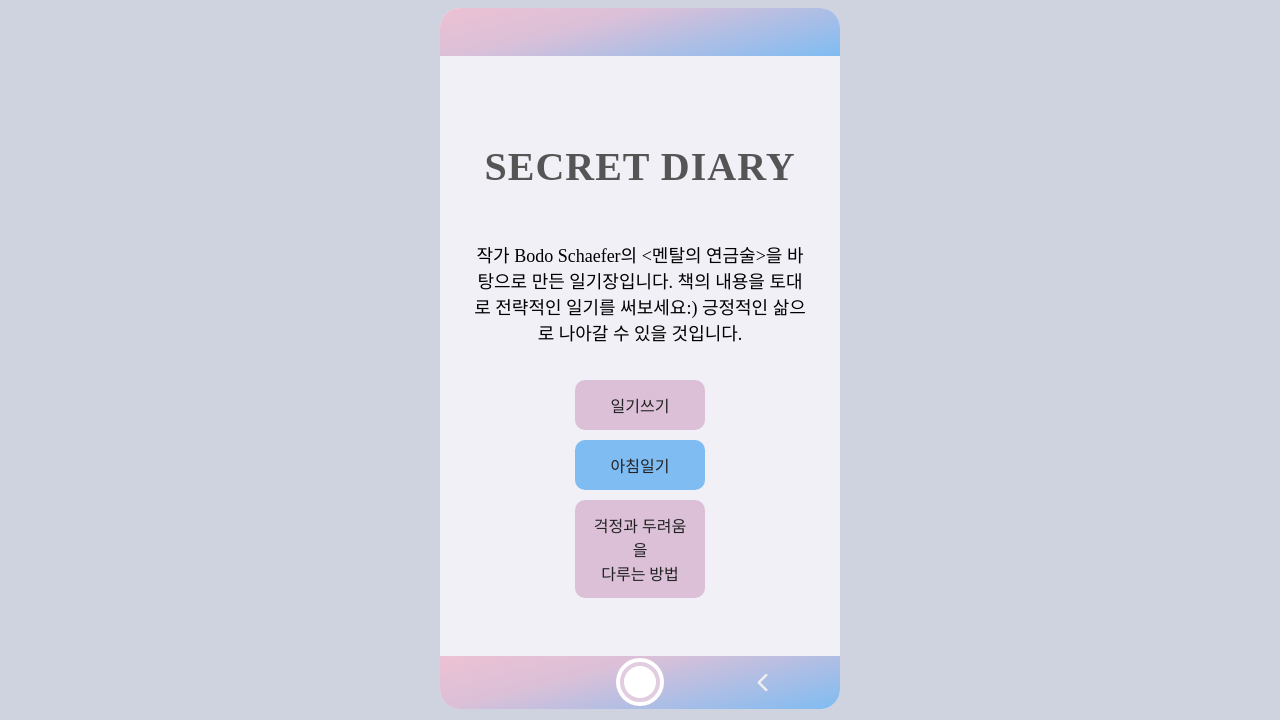
Repository: jinhee196/diary
Page: index.html
An editor plug-in stored every save of this project. The page is shown before and after the next save, followed by the edit.
The browser window is 1280 px wide. The pictures show the whole page.
After loading, the first visible `button.note2` was clicked once.
Some web fonts or font styles are not loaded; a fallback is used. Some web libraries are served in a nearby version.

Above is the page before, as saved 2021-06-05 15:46:22.
Console error: ReferenceError: target is not defined

### index.html
<!DOCTYPE html>
<html lang="ko">
<head>
    <meta charset="UTF-8">
    <meta http-equiv="X-UA-Compatible" content="IE=edge">
    <meta name="viewport" content="width=device-width, initial-scale=1.0">
    <title>secret Note</title>
    <script src="https://kit.fontawesome.com/ef20572bd9.js" crossorigin="anonymous"></script>
    <link rel="stylesheet" href="style.css">
    <link rel="preconnect" href="https://fonts.gstatic.com">
<link href="https://fonts.googleapis.com/css2?family=Hi+Melody&family=Nanum+Brush+Script&display=swap" rel="stylesheet">
    <script src="js/main.js" defer></script>
    <script src="js/data.js"></script>
</head>
<body>
  <div class="container">
      <header class="header"></header>

      <section id="main">
        <h1 class="main__title">SECRET DIARY</h1>
        <p class="main__desc">작가 Bodo Schaefer의 &#60;멘탈의 연금술&#62;을 바탕으로 만든 일기장입니다.
                              책의 내용을 토대로 전략적인 일기를 써보세요:) 긍정적인 삶으로 나아갈 수 있을 것입니다. </p>
        <button class="note1">일기쓰기</button>
        <button class="note2">아침일기</button>
        <button class="note3">걱정과 두려움을 <br>다루는 방법</button>
      </section>

      <section id="daily">
        <div class="daily__weather"></div>
        <div class="daily__emotion"></div>
        <div class="daily__Note">
          <button class="daily__submit">완료</button>
          <input class="daily__title" placeholder="제목을 입력하세요"></input>
          <textarea class="daily__text"></textarea>

        </div>
      </section>

      <section id="morning">
        <p class="desc">아침일기는 '오늘 무엇을 할 것인가?'를 정리하는 데 탁월한 효과를 줍니다. 질문에 가볍게 답해가다 보면,
          질문의 답처럼 생각하고 실행할 수 있는 컨디션이 만들어질 것입니다.  </p>
        <ul class="items">
          <li class="item">test</li>
          <li class="item-sub">subtest</li>
        </ul>
        <div class="message">
        <input type="text" class="footer__input" />
        <button class="footer__submit">보내기</button>
        </div>
    </section>

    <section id="list">
      <p class="desc">두려움과 걱정의 목록들을 리스트로 만들고 지속적으로 업데이트하세요.
        구체적으로 작성해 두려움을 잘게 쪼개다보면 엄습하는 두려움을 무력화시킬 수 있을 것입니다. </p>
      <ul class="items">
        <!-- <li class="item">test</li>
        <li class="item-sub">subtest</li> -->
      </ul>
      <div class="message">
      <input type="text" class="footer__input" />
      <button class="footer__submit">보내기</button>
      </div>
  </section>

    <footer class="footer">
      <button class="footer__button">
        <div class="circle"></div>
       </button>
       <i class="fas fa-chevron-left"></i>
     </footer>
  </div>
</body>
</html>

### style.css
* {
  box-sizing: border-box;
  font-family: "Hi Melody", cursive;
}
ul {
  padding: 0;
}

button {
  outline: none;
  background: transparent;
  border: none;
  cursor: pointer;
}
body {
  background-color: #ced3df;
  text-align: center;
}

section {
  height: 600px;
}
.container {
  width: 400px;
  margin: auto;
  background-color: #f1f0f7;
  border-radius: 20px;
}

.header {
  height: 48px;
  padding: 8px;
  font-size: 24px;
  background: rgba(237, 193, 211);

  background: linear-gradient(
    166deg,
    rgba(237, 193, 211, 1) 0%,
    rgba(219, 192, 216, 1) 35%,
    rgba(127, 188, 242, 1) 100%
  );

  border-radius: 20px 20px 0 0;
  color: #fff;
}

#main {
  display: flex; /*flex*/
  flex-direction: column;
  justify-content: center;
  align-items: center;
  overflow: hidden;
}
.main__title {
  font-family: "Nanum Brush Script", cursive;
  letter-spacing: 1px;
  font-size: 40px;
  color: #555;
}
.main__desc {
  padding: 0 30px;
  font-size: 18px;
  margin-bottom: 30px;
}
#main button {
  width: 130px;
  padding: 13px 15px;
  margin: 5px 0;
  border-radius: 10px;
  color: #222;
  font-size: 16px;
  transition: transform 300ms;
}
#main button:hover {
  transform: scale(1.1);
}
.note1 {
  background-color: rgba(219, 192, 216, 1);
}
.note2 {
  background-color: rgba(127, 188, 242, 1);
}
.note3 {
  background-color: rgba(219, 192, 216, 1);
}

#daily {
  display: none;
}
.daily__weather {
  display: none;
}
.daily__emotion {
  display: none;
  position: relative;
}
.daily__Note {
  display: none;
  width: 100%;
  height: 100%;
}
.daily__title {
  width: 100%;
  height: 10%;
  outline: none;
  padding: 20px;
  font-size: 22px;
  border: none;
  border-bottom: 1px solid #ddd;
}
.daily__text {
  width: 100%;
  height: 85%;
  line-height: 1.6;
  padding: 20px;
  outline: none;
  border: none;
  resize: none;
  font-size: 18px;
}
.daily__submit {
  height: 5%;
  font-size: 16px;
  color: #555;
  float: right;
  margin-right: 10px;
}
.daily__submit:hover {
  color: rgb(255, 110, 238);
}
#morning {
  display: none;
  overflow: hidden;
}
#list {
  display: none;
  overflow: hidden;
}
.desc {
  width: 370px;
  height: 60px;
  font-size: 12px;
  text-align: left;
  padding: 8px 30px;
  margin: 15px auto 0;
  background-color: #fff;
  border-radius: 5px;
  line-height: 1.4;
}
.items {
  height: 495px;
  overflow-y: auto;
  margin: 0;
  font-size: 20px;
}

.item {
  padding: 8px 15px;
  margin: 10px;
  border-radius: 15px;
  background: rgba(237, 193, 211);
  display: inline-block;
  float: left;
  clear: both;
}
.item-sub {
  padding: 8px 15px;
  margin: 10px;
  border-radius: 15px;
  background: rgba(127, 188, 242, 1);
  display: inline-block;
  float: right;
  clear: both;
}

.footer {
  background: rgba(237, 193, 211);

  background: linear-gradient(
    166deg,
    rgba(237, 193, 211, 1) 0%,
    rgba(219, 192, 216, 1) 35%,
    rgba(127, 188, 242, 1) 100%
  );
  border-radius: 0 0 20px 20px;
  position: relative;
}
.message {
  width: 100%;
}
.footer__input {
  width: 88%;
  height: 32px;
  border: none;
  outline: none;
  font-size: 20px;
  font-weight: 400;
  padding: 0 16px;
  float: left;
  border-top: 1px solid rgba(237, 193, 211);
}

.footer__submit {
  width: 12%;
  height: 32px;
  float: right;
  background-color: rgba(237, 193, 211);
  font-size: 11px;
  padding: 0;
}
.footer__button {
  width: 48px;
  height: 48px;
  background-color: #fff;
  border-radius: 50%;
  transition: transform 300ms ease-in;
  margin-top: 2px;
}
.circle {
  width: 40px;
  height: 40px;
  border: 4px solid rgba(219, 192, 216, 0.8);
  border-radius: 50%;
  margin-left: -2px;
}
.fa-chevron-left {
  font-size: 20px;
  color: #eee;
  position: absolute;
  right: 70px;
  top: 50%;
  transform: translateY(-50%);
  cursor: pointer;
}
.footer__button:hover {
  transform: scale(1.1);
}

@keyframes fadeIn {
  from {
    opacity: 0;
  }
  to {
    opacity: 1;
  }
}

@keyframes fadeOut {
  from {
    opacity: 1;
  }
  to {
    opacity: 0;
  }
}

.fadeIn {
  animation: fadeIn;
  animation-duration: 1s;
}

.fadeOut {
  animation: fadeOut;
  animation-duration: 1s;
}

### js/data.js
const morningList = [
  {
    q: '1. 나는 오늘 어떤 점이 가장 행복하겠는가?'
  },
  {
    q: '2. 오늘 내게 가장 큰 동기부여를 해주는 것은 무엇인가?'
  },
  {
    q: '3.오늘 무엇에 가장 감사해야 하겠는가?'
  },
  {
    q: '4.오늘 내게 직언과 조언을 해줄 사람들은 누구인가?'
  },
  {
    q: '5. 오늘 내 컨디션으로 볼 때 가장 잘해낼 것 같은 일은 무엇인가?'
  },
  {
    q: '6. 오늘 내가 꼭 알아야 할 것은 무엇인가?'
  },
  {
    q: '7. 오늘 두려움과 긴장을 유쾌하게 다뤄줄 필살기는 무엇인가?'
  },
  {
    q: '8. 오늘 꼭 해야할 과제 한 가지는 무엇인가?'
  }
]

const qnaList = [
  {
    q: '지금 가장 두려운 것이 무엇입니까?'
  },
  {
    q: '그것이 왜 두려우십니까? 구체적으로 작성해보세요.'
  },
  {
    q: '가장 큰 두려움에서부터 사소한 걱정까지 낱낱이 기록하세요.'
  }
]

const dailyNote = [
  {
    q: '지금의 날씨를 선택해주세요',
    a: [
      { answer: 'images/weather-icon-set_03.png'},
      { answer: 'images/weather-icon-set_05.png' },
      { answer: 'images/weather-icon-set_07.png' },
      { answer: 'images/weather-icon-set_13.png' },
      { answer: 'images/weather-icon-set_17.png' },
      { answer: 'images/weather-icon-set_21.png' },
    ]
  },
  {
    q: '지금의 기분을 골라보세요',
    a: [
      { answer: 'images/emtion_03.png' },
      { answer: 'images/emtion_05.png' },
      { answer: 'images/emtion_07.png' },
      { answer: 'images/emtion_12.png' },
      { answer: 'images/emtion_13.png' },
      { answer: 'images/emtion_14.png' },
      { answer: 'images/emtion_18.png' },
      { answer: 'images/emtion_19.png' },
      { answer: 'images/emtion_20.png' },
    ]
  }
]

### js/main.js
const note1 = document.querySelector('.note1');
const note2 = document.querySelector('.note2');
const note3 = document.querySelector('.note3');

const main = document.querySelector('#main');
const morning = document.querySelector('#morning');
const list = document.querySelector('#list');
// note1.addEventListener('click', () => {

// });

note2.addEventListener('click', ()=>{
    main.style.animation = "fadeOut 1s";
    setTimeout(() => {
      target.style.animation = "fadeIn 1s";
      setTimeout(() => {
        main.style.display = "none";
        target.style.display = "block"
      }, 450)
      let qIdx = 0;
    //   goNext(qIdx);
    }, 450);
});

// note3.addEventListener('click', ()=>{
//     main.style.animation = "fadeOut 1s";
//     setTimeout(() => {
//       qna.style.animation = "fadeIn 1s";
//       setTimeout(() => {
//         main.style.display = "none";
//         qna.style.display = "block"
//       }, 450)
//       let qIdx = 0;
//       goNext(qIdx);
//     }, 450);
// });

After the next save:
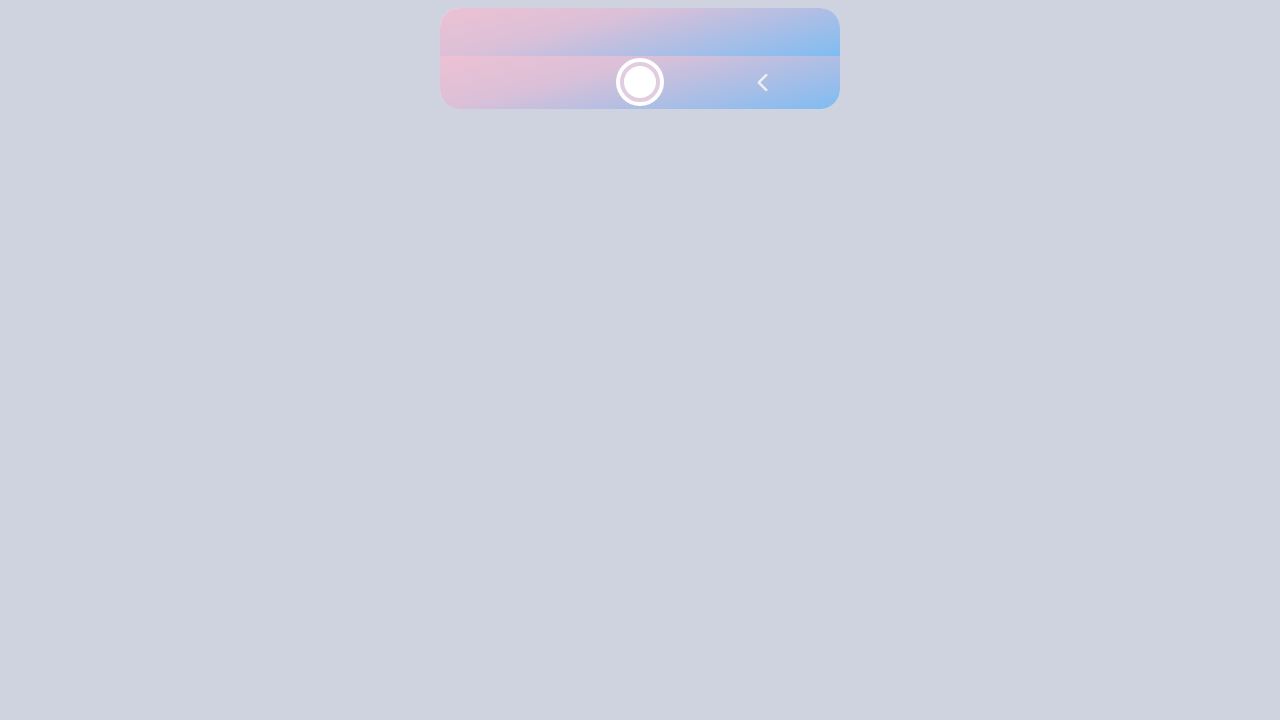
The error is gone.
Saved 56 s later.
--- a/js/main.js
+++ b/js/main.js
@@ -12,10 +12,10 @@ const list = document.querySelector('#list');
 note2.addEventListener('click', ()=>{
     main.style.animation = "fadeOut 1s";
     setTimeout(() => {
-      target.style.animation = "fadeIn 1s";
+      note2.style.animation = "fadeIn 1s";
       setTimeout(() => {
         main.style.display = "none";
-        target.style.display = "block"
+        note2.style.display = "block"
       }, 450)
       let qIdx = 0;
     //   goNext(qIdx);
